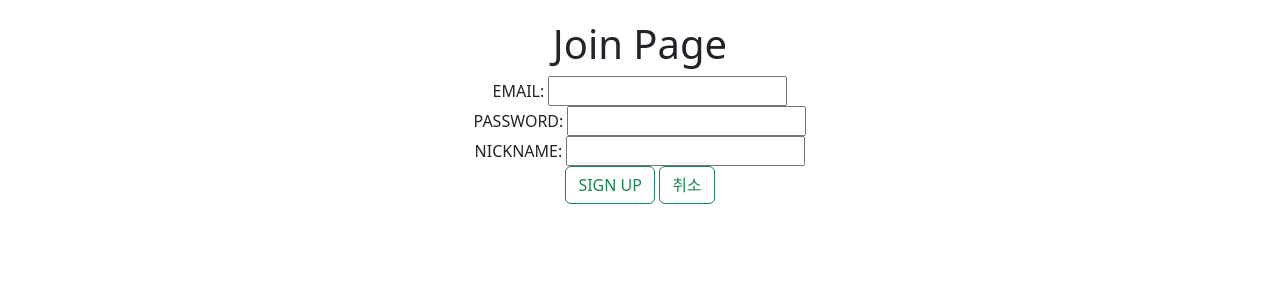
Repository: Raneechoi/java2022_09_03
Page: http://localhost/Project/mem/join
These files come from the project's save history. The page is drawn as it stood at one moment and after a run of saves; the edit follows.
The browser window is 1280 px wide. The pictures show the whole page.
The page is served by Tomcat 9.

Above is the page before, as saved 2022-12-08 05:45:25.

After the next 2 saves:
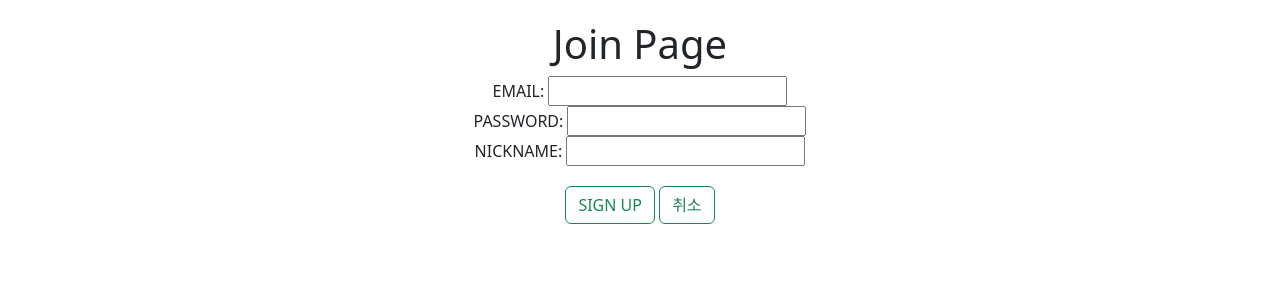
The 2 saves are shown as one change because they came seconds apart.
The last was saved 13 s later.
--- a/JSP_Board&Member/Project/src/main/webapp/member/join.jsp
+++ b/JSP_Board&Member/Project/src/main/webapp/member/join.jsp
@@ -16,8 +16,8 @@
       EMAIL: <input type="text" name="email"> <br>
       PASSWORD: <input type="text" name="pwd"> <br>
       NICKNAME: <input type="text" name="nick_name"> <br>
-      <button type="submit"  class="btn btn-outline-success">SIGN UP</button>
-   <a href="/"><button type="button"  class="btn btn-outline-success">취소</button></a>
+      <button type="submit"  class="btn btn-outline-success" style="margin-top: 20px">SIGN UP</button>
+   <a href="/"><button type="button"  class="btn btn-outline-success" style="margin-top: 20px">취소</button></a>
    </form>
 </body>
 </html>
